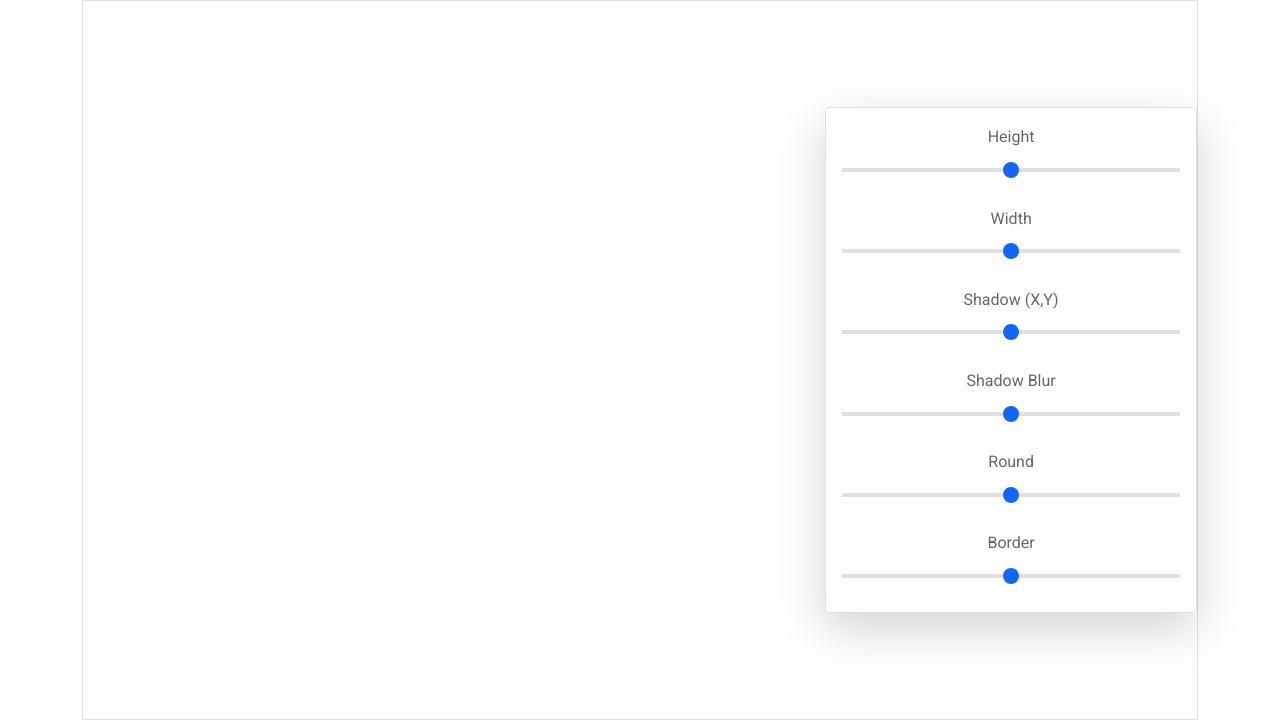
Repository: USaditya98/card-generator
Page: index.html
An editor plug-in stored every save of this project. The page is shown before and after the next save, followed by the edit.
The browser window is 1280 px wide. The pictures show the whole page.

Above is the page before, as saved 2021-10-20 12:31:26.

### index.html
<!DOCTYPE html>
<html lang="en">
  <head>
    <meta charset="UTF-8" />
    <meta name="viewport" content="width=device-width, initial-scale=1, shrink-to-fit=no" />
    <meta http-equiv="x-ua-compatible" content="ie=edge" />
    <title>Material Design for Bootstrap</title>
    <!-- MDB icon -->
    <link rel="icon" href="img/mdb-favicon.ico" type="image/x-icon" />
    <!-- Font Awesome -->
    <link rel="stylesheet" href="https://use.fontawesome.com/releases/v5.15.2/css/all.css" />
    <!-- Google Fonts Roboto -->
    <link
      rel="stylesheet"
      href="https://fonts.googleapis.com/css2?family=Roboto:wght@300;400;500;700;900&display=swap"
    />
    <!-- MDB -->
    <link rel="stylesheet" href="css/mdb.min.css" />
  </head>
  <body>
    <!-- Start your project here-->
    <div class="container">
      <div class="d-flex justify-content-between align-items-center text-center border" style="height: 100vh;">
            <div class="d-flex justify-content-center w-100 h-50" >
                <div class="text-center  " id="create">
                </div>
            </div>
            <div class="border w-50 shadow-lg rounded">
            <div class="m-3">
                <label class="form-label" for="height">Height</label>
                <div class="range">
                <input type="range" class="form-range" id="height" min="0" max="500" step="10" onchange="changeHeight(this.value)"/>
                </div>
            </div>
            <div class="m-3">
                <label class="form-label" for="width">Width</label>
                <div class="range">
                <input type="range" class="form-range" id="width" min="0" max="500" step="10" onchange="changeWidth(this.value)" />
                </div>
            </div>
            <div class="m-3">
                <label class="form-label" for="shadow">Shadow (X,Y)</label>
                <div class="range">
                <input type="range" class="form-range" id="shadow" min="0" max="25" step="0.5" onchange="changeShadowXY(this.value)"/>
                </div>
            </div>
            <div class="m-3">
                <label class="form-label" for="shadowBlur">Shadow Blur</label>
                <div class="range">
                <input type="range" class="form-range" id="shadowBlur" min="0" max="50" step="1" onchange="changeShadowBlur(this.value)" />
                </div>
            </div>
            <!-- <div class="m-3">
                <label class="form-label" for="shadowColor">Shadow Color</label>
                <div class="shadowColor">
                <input type="color" class=" " id="shadowColor"  onchange="changeShadowColor(this.value)"/>
                </div>
            </div> -->
            <div class="m-3">
                <label class="form-label" for="radius">Round</label>
                <div class="range">
                <input type="range" class="form-range" id="radius" onchange="changeRadius(this.value)"/>
                </div>
            </div>
            <div class="m-3">
                <label class="form-label" for="border">Border</label>
                <div class="range">
                <input type="range" class="form-range" id="border" onchange="myFunction(this.value)" />
                </div>
            </div>
            </div>
      </div>
    </div>
    <!-- End your project here-->

    <!-- MDB -->
    <script type="text/javascript" src="js/mdb.min.js"></script>
    <!-- Custom scripts -->
    <script type="text/javascript">
        function changeHeight(val) {
            document.getElementById('create').style.height = val + 'px';
        }
        function changeWidth(val) {
            document.getElementById('create').style.width = val + 'px';
        }


        function changeShadowXY(val) {
          const shadowXY = document.getElementById('shadowBlur').value;

          document.getElementById('create').style.boxShadow = val + 'px' + ' ' + val + 'px' + ' ' + shadowXY + 'px' + ' ' +'0px' + ' ' +'lightgray';
        }



        function changeRadius(val) {
            document.getElementById('create').style.borderRadius  = val + '%' ;
        }

    </script>
  </body>
</html>

Loaded but not shown: css/mdb.min.css (library); js/mdb.min.js (library)

After the next save:
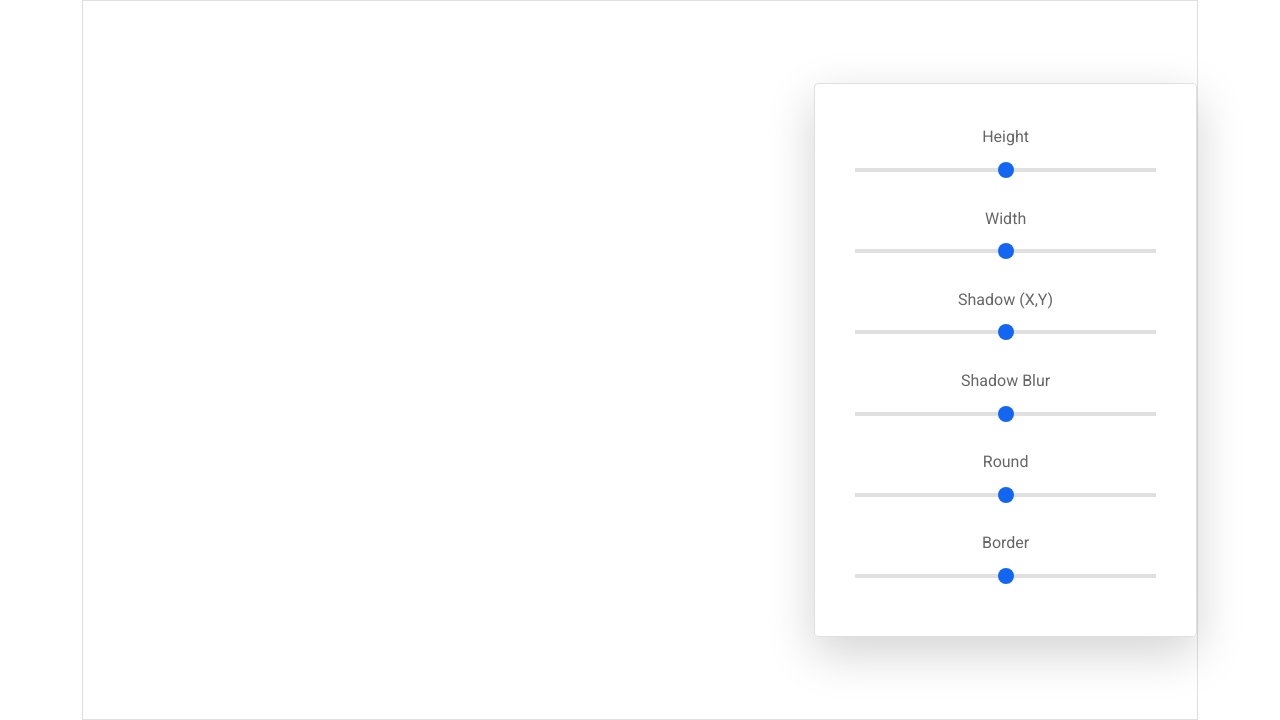
Saved 7 s later.
--- a/index.html
+++ b/index.html
@@ -25,7 +25,7 @@
                 <div class="text-center  " id="create">
                 </div>
             </div>
-            <div class="border w-50 shadow-lg rounded">
+            <div class="border w-50 shadow-lg rounded p-4">
             <div class="m-3">
                 <label class="form-label" for="height">Height</label>
                 <div class="range">
